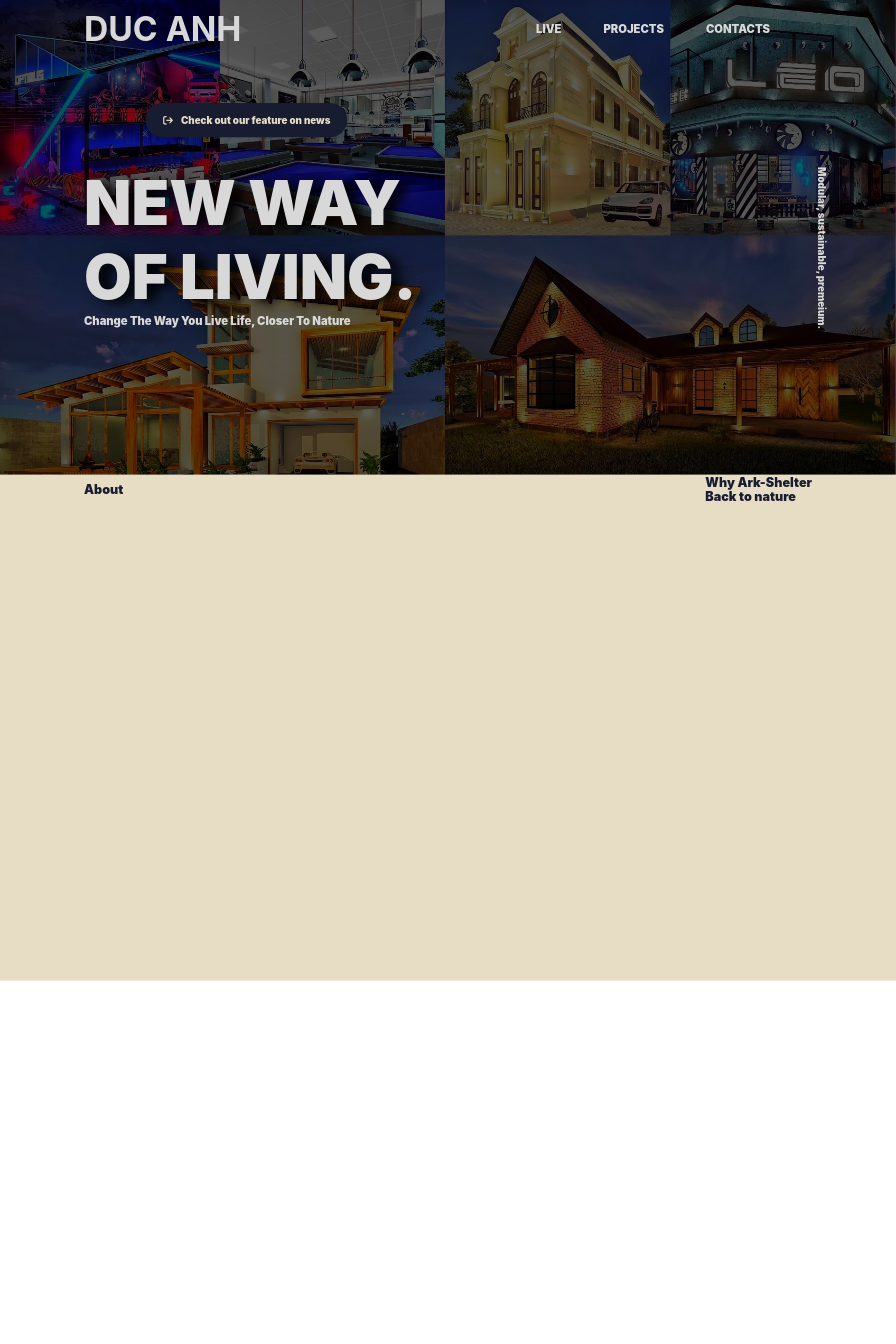
Repository: Ethanxcode/DucAnhNguyen
Page: index.html
These files come from the project's save history. The page is drawn as it stood at one moment and after a run of saves; the edit follows.
The browser window is 1280 px wide. The pictures show the part of the page from y = 0 to 1920 px (the page is 10000 px tall), at 70% of full size.

Above is the page before, as saved 2023-01-14 01:42:26.

After the next 2 saves:
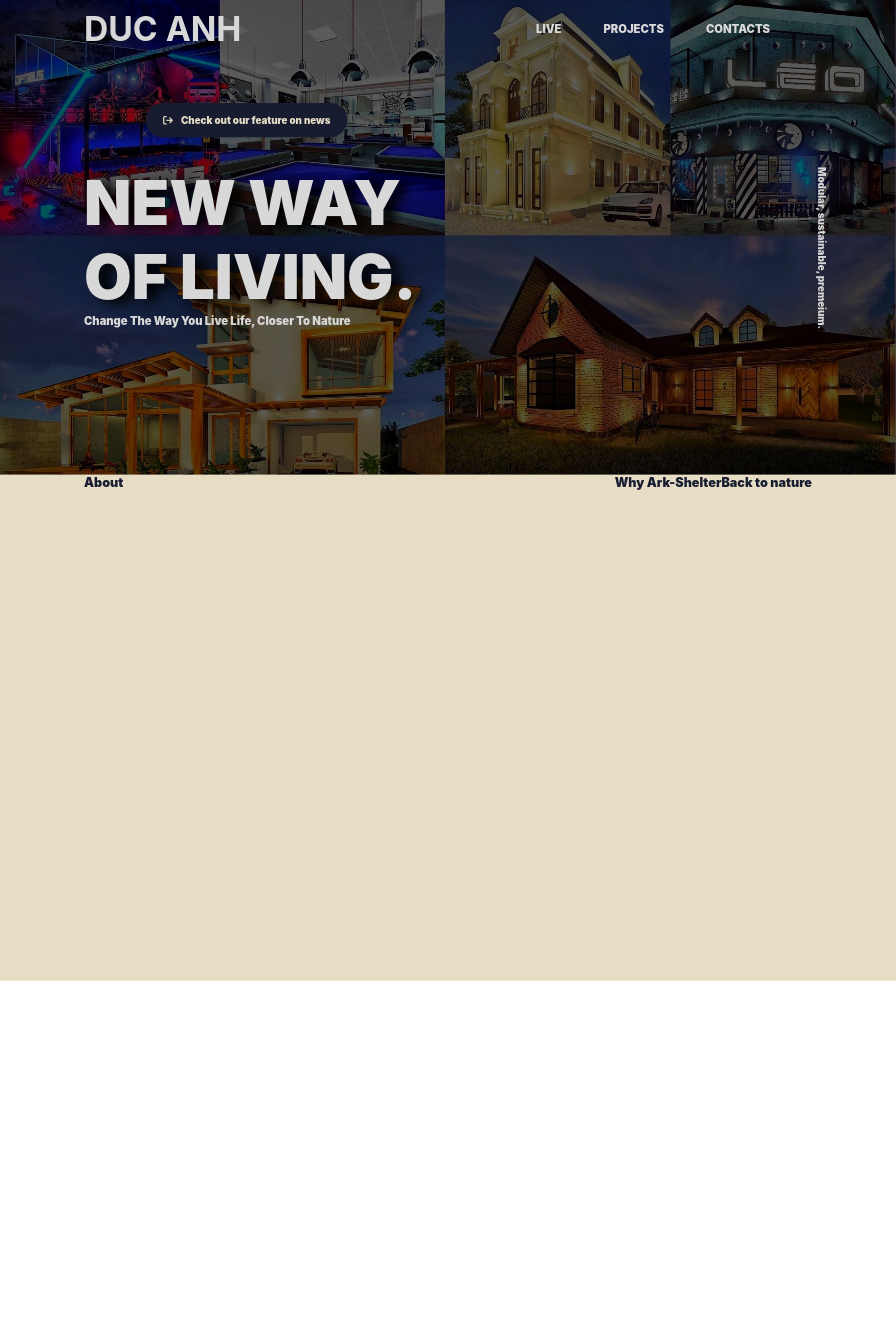
The 2 saves are shown as one change because they came seconds apart.
The last was saved 21 s later.
--- a/style.css
+++ b/style.css
@@ -430,6 +430,11 @@ subHeaderMenu > ul > li > a {
 	display: flex;
 	justify-content: space-between;
 }
+.subSectionMenu {
+	align-items: center;
+	display: flex;
+	justify-content: space-between;
+}
 
 .HeaderSectionMenu > li {
 }
